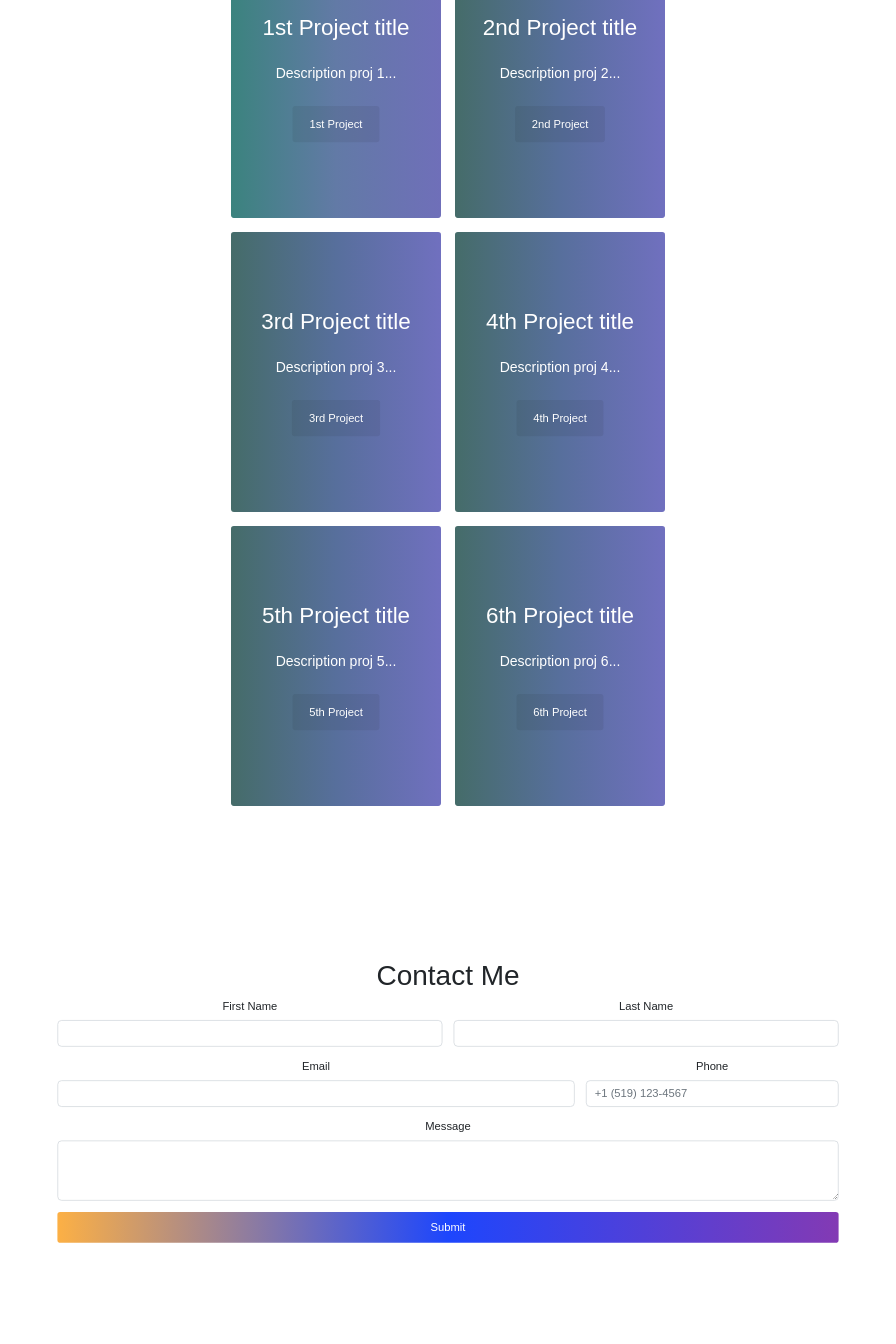
Repository: dvynchi/profile-2022
Page: index.html
These files come from the project's save history. The page is drawn as it stood at one moment and after the next save; the edit follows.
The browser window is 1280 px wide. The pictures show the part of the page from y = 1085 to 3005 px (the page is 3005 px tall), at 70% of full size.
A picture or video elsewhere on the page could not be fetched, so the positions and the page height are approximate. Some web libraries are served in a nearby version.

Above is the page before, as saved 2022-08-16 12:44:39.

After the next save:
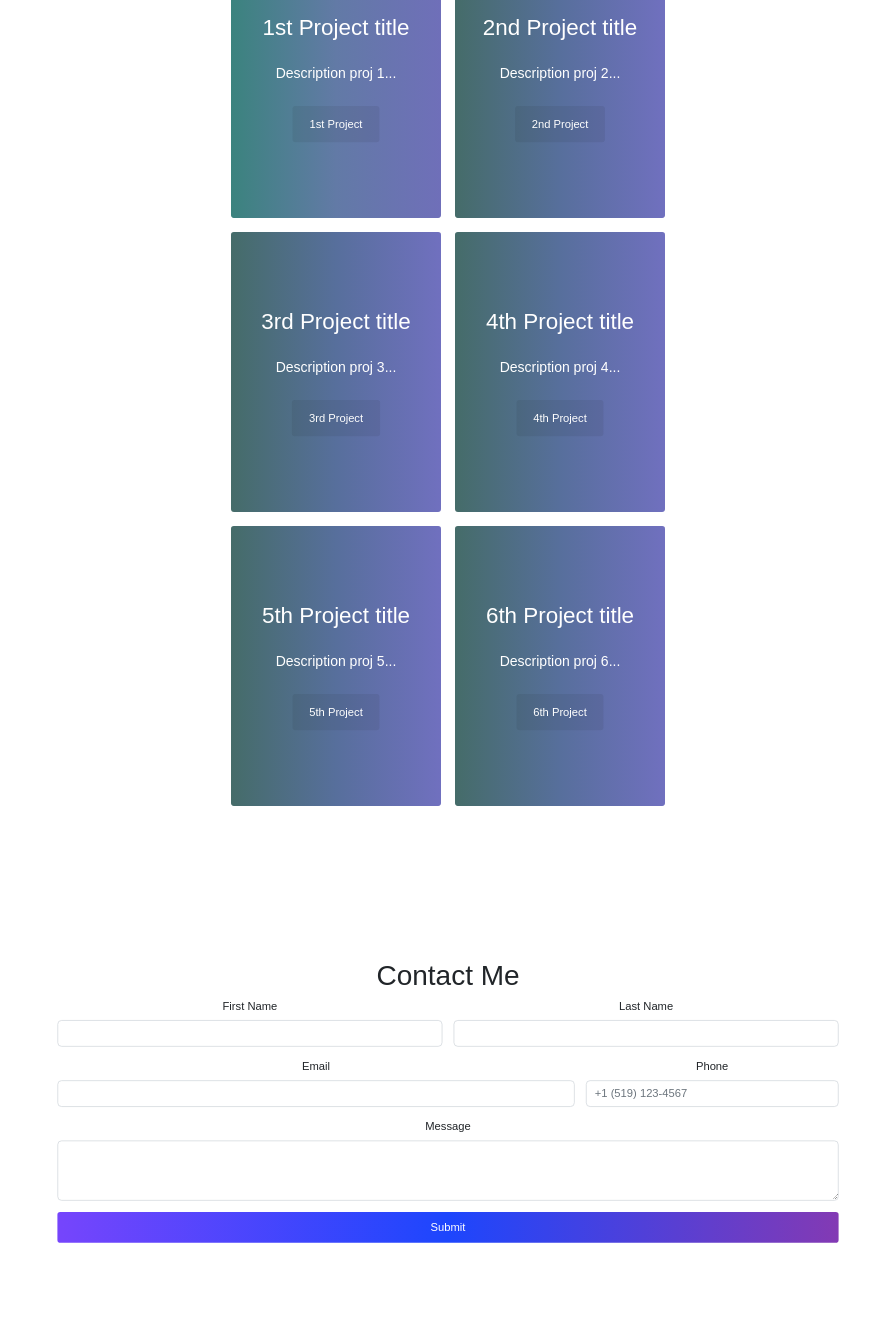
Saved 24 s later.
--- a/styles.css
+++ b/styles.css
@@ -96,7 +96,7 @@
     border-radius: 4px;
     background: #3a7fb4;
     background: -webkit-linear-gradient(to right, #fcb045,#1d89fd,#833ab4);
-    background: linear-gradient(to right, #fcb045,#1d46fd,#833ab4);
+    background: linear-gradient(to right, #7645fc,#1d46fd,#833ab4);
     color: #fff;
     transition: all 0.3s ease;
 }
